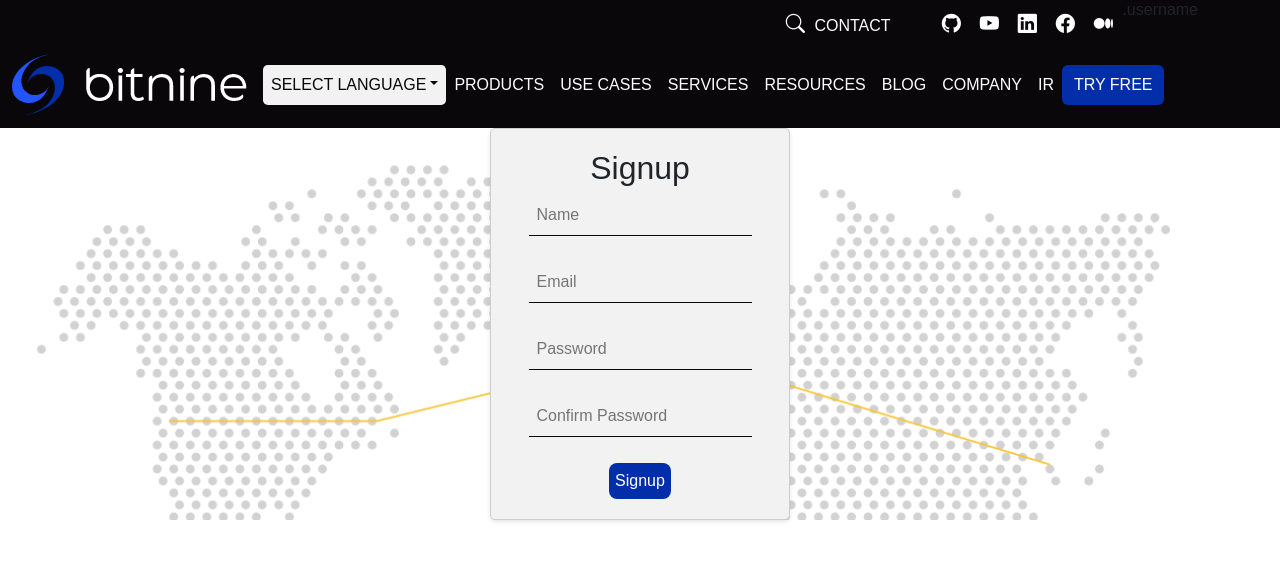
Repository: devblackie/signinpage
Page: /
An editor plug-in stored every save of this project. The page is shown before and after the next save, followed by the edit.
The browser window is 1280 px wide. The pictures show the whole page.
Some web fonts or font styles are not loaded; a fallback is used. The project was rebuilt for these pictures with package versions that can differ from the ones it lists, and the page was loaded fresh each time. Also part of the build but not shown: vite.config.js, src/components/Login.jsx, src/components/Dashboard.jsx, src/components/Home.jsx, src/components/ProtectedDashboard.jsx.

Above is the page before, as saved 2023-08-28 17:49:36.

### index.html
<!doctype html>
<html lang="en">
  <head>
    <meta charset="UTF-8" />
    <link rel="preconnect" href="https://fonts.googleapis.com">
<link rel="preconnect" href="https://fonts.gstatic.com" crossorigin>
<link href="https://fonts.googleapis.com/css2?family=Monda:wght@400;700&display=swap" rel="stylesheet">
    <link rel="stylesheet" href="https://cdn.jsdelivr.net/npm/bootstrap-icons@1.10.5/font/bootstrap-icons.css">
    <link href="https://cdn.jsdelivr.net/npm/bootstrap@5.3.1/dist/css/bootstrap.min.css" rel="stylesheet" integrity="sha384-4bw+/aepP/YC94hEpVNVgiZdgIC5+VKNBQNGCHeKRQN+PtmoHDEXuppvnDJzQIu9" crossorigin="anonymous">
    <meta name="viewport" content="width=device-width, initial-scale=1.0" />
    <title>Bitnine Login</title>
  </head>
  <body>
    <div id="root"></div>
    <script type="module" src="/src/main.jsx"></script>
    <script src="https://cdn.jsdelivr.net/npm/bootstrap@5.3.1/dist/js/bootstrap.bundle.min.js" integrity="sha384-HwwvtgBNo3bZJJLYd8oVXjrBZt8cqVSpeBNS5n7C8IVInixGAoxmnlMuBnhbgrkm" crossorigin="anonymous"></script>
  </body>
</html>

### src/main.jsx
import React from "react";
import ReactDOM from "react-dom";
import App from "./App";
import { UserProvider } from "./components/UserContext";

ReactDOM.render(
  <UserProvider>
    <App />
  </UserProvider>,
  document.getElementById("root")
);

### src/App.jsx
import React, { useState } from "react";
import { BrowserRouter as Router, Route, Routes } from "react-router-dom";
import Signup from "./components/Signup";
import Login from "./components/Login";
import Dashboard from "./components/Dashboard";
import Home from "./components/Home";
import ProtectedDashboard from "./components/ProtectedDashboard";
import "./App.css";

const App = () => {
  const [isAuthenticated, setIsAuthenticated] = useState(false);

  const handleLogin = () => {
    setIsAuthenticated(true);
  };

  return (
    <Router>
      <Routes>
        <Route
          path="/"
          element={
            <div>
              <Signup handleLogin={handleLogin} />
              {/* <Login handleLogin={handleLogin} /> */}
            </div>
          }
        />
        <Route
          path="/dashboard"
          // element={<ProtectedDashboard isAuthenticated={isAuthenticated} />}
          element={<Dashboard />}
        />
        <Route
          path="/home"
          // element={<ProtectedDashboard isAuthenticated={isAuthenticated} />}
          element={<Home />}
        />
      </Routes>
    </Router>
  );
};

export default App;

### src/components/UserContext.jsx
import React, { createContext, useContext, useState } from "react";

const UserContext = createContext();

export function UserProvider({ children }) {
  const [userName, setUserName] = useState("");

  return (
    <UserContext.Provider value={{ userName, setUserName }}>
      {children}
    </UserContext.Provider>
  );
}

export function useUser() {
  return useContext(UserContext);
}

### src/components/Signup.jsx
import React, { useState } from "react";
import "./signup.css";
import { useUser } from "./UserContext";
import { useNavigate } from "react-router-dom";
import Header from "./Header";

const Signup = ({ handleLogin }) => {
  // States for registration
  const [email, setEmail] = useState("");
  const [name, setName] = useState("");
  const [password, setPassword] = useState("");
  const [cpassword, setCPassword] = useState("");
  const [formErrors, setFormErrors] = useState({});
  const navigate = useNavigate();
  const { setUserName } = useUser(); // Ret

  // State for tracking submission status
  const [submissionStatus, setSubmissionStatus] = useState("none"); // Possible values: "none", "success", "error"

  // Handling input changes
  const handleInputChange = (e) => {
    const { name, value } = e.target;
    if (name === "name") setName(value);
    if (name === "email") setEmail(value);
    if (name === "password") setPassword(value);
    if (name === "cpassword") setCPassword(value);
    setSubmissionStatus("none");
  };

  const handleSignform = (e) => {
    e.preventDefault();
    const errors = validateForm();
    if (Object.keys(errors).length === 0) {
      setSubmissionStatus("success");
      setUserName(name); // Set the userName in the context
    } else {
      setFormErrors(errors);
      setSubmissionStatus("error");
    }
  };

  // Form validations
  const validateForm = () => {
    const errors = {};
    const regex = /^[^\s+@]+@[^\s@]+\.[^\s@]{2,}$/i;

    if (!name) errors.name = "Name is required";
    if (!email) errors.email = "Email is required";
    else if (!regex.test(email))
      errors.email = "This is not a valid email format!";

    if (!password) errors.password = "Password is required";
    else if (password.length < 4)
      errors.password = "Password must be more than 4 characters";
    else if (password.length > 10)
      errors.password = "Password cannot exceed more than 10 characters";

    if (!cpassword) errors.cpassword = "Confirm Password is required";
    else if (cpassword !== password)
      errors.cpassword = "Confirm password and password should be the same";
    return errors;
  };

  return (
    <>
      <Header userName={name} />
      <div className="form-container">
        {submissionStatus === "success" ? (
          <div className="success">
            <h1>User {name} successfully registered!!</h1>
            <a onClick={() => navigate("/home")}>
              Click to continue to the main site
            </a>
          </div>
        ) : (
          <form onSubmit={handleSignform}>
            <h2>Signup</h2>
            <input
              type="text"
              name="name"
              placeholder="Name"
              value={name}
              onChange={handleInputChange}
            />
            <p className="error">{formErrors.name}</p>
            <input
              type="email"
              name="email"
              placeholder="Email"
              value={email}
              onChange={handleInputChange}
            />
            <p className="error">{formErrors.email}</p>
            <input
              type="password"
              name="password"
              placeholder="Password"
              value={password}
              onChange={handleInputChange}
            />
            <p className="error">{formErrors.password}</p>
            <input
              type="password"
              placeholder="Confirm Password"
              value={cpassword}
              name="cpassword"
              onChange={handleInputChange}
            />
            <p className="error">{formErrors.cpassword}</p>
            <button className-="bton" type="submit">
              Signup
            </button>
          </form>
        )}
      </div>
    </>
  );
};

export default Signup;

### src/App.css
#root {
  max-width: 1280px;
  margin: 0 auto;
  padding: 2rem;
  text-align: center;
}
.btn1{background-color:#022ea9;
  color:#fff;
  outline:none;
  border:none;}
  .btn1:hover{
    color:orange;
    background-color:#022ea9;
  }


@media (prefers-reduced-motion: no-preference) {
  a:nth-of-type(2) .logo {
    animation: logo-spin infinite 20s linear;
  }
}

.card {
  padding: 2em;
}

.read-the-docs {
  color: #888;
}

### src/components/signup.css
form .error {
  color: red;
  font-size: 12px;
}
.form-container {
  background-image: url("../assets/map2.png");
  background-size: cover;
  background-repeat: no-repeat;
  font-family: "Monda", sans-serif;
  margin-top: 6em;
}
form {
  background-color: #f2f2f2;
  max-width: 300px;
  margin: 0 auto;
  padding: 20px;
  border: 1px solid #ccc;
  border-radius: 5px;
  box-shadow: 0 2px 4px rgba(0, 0, 0, 0.1);
}
form input {
  margin-bottom: 10px;
  padding: 8px;
  border: none;
  border-bottom: 1px solid #09070a;
  /* border-radius: 3px; */
  background-color: transparent;
}
input:focus,
input:focus-visible {
  outline: none;
  background-color: inherit;
}
form button {
  background-color: #022ea9;
  color: #fff;
  outline: none;
  border: none;
  border-radius: 8px;
  padding: 6px;
}
button:hover {
  color: orange;
  background-color: #022ea9;
}

### src/components/Header.jsx
import React from "react";
import "./style/navbar.css";
import {useUser} from "./UserContext"   //Path to UserContext file
import Logo from "../assets/bitnine-logo_.png";

export default function Header() {
  const {userName}= useUser()        //Retrieve userName from the context
  return (
    <>
      <div className="fixed-top header">
        <header class="topbar">
          <div class="container">
            <div class="row">
              {/* <!-- social icon--> */}
              <div class="col-sm-12">
                <ul class="social-network">
                  <div className="hovver">
                    <li>
                      <a class="waves-effect waves-dark" id="hovver" href="#">
                        <i class="bi bi-search"></i>
                      </a>
                    </li>
                    <li>
                      <a
                        class="waves-effect waves-dark tact"
                        id="hovver"
                        href="#"
                      >
                        contact
                      </a>
                    </li>
                  </div>
                  <div className="soc">
                    <li id="git">
                      <a class="waves-effect waves-dark" href="#">
                        <i class="bi bi-github"></i>
                      </a>
                    </li>
                    <li id="youtube">
                      <a class="waves-effect waves-dark" href="#">
                        <i class="bi bi-youtube"></i>
                      </a>
                    </li>
                    <li id="in">
                      <a class="waves-effect waves-dark" href="#">
                        <i class="bi bi-linkedin"></i>
                      </a>
                    </li>
                    <li id="fb">
                      <a class="waves-effect waves-dark" href="#">
                        <i class="bi bi-facebook"></i>
                      </a>
                    </li>
                    <li id="medium">
                      <a class="waves-effect waves-dark" href="#">
                        <i class="bi bi-medium"></i>
                      </a>
                    </li>
                  </div>
                  .username
                </ul>
                <p className="text warning">{userName}</p>
              </div>
            </div>
          </div>
        </header>
        <nav className="navbar navbar-expand-lg">
          <div className="container-fluid">
            <a className="navbar-brand" href="#">
              <img src={`${Logo}`} alt="logo" />
            </a>

            <div
              className="collapse navbar-collapse"
              id="navbarSupportedContent"
            >
              <ul className="navbar-nav me-auto mb-2 mb-lg-0">
                <li className="nav-item dropdown">
                  <a
                    className="nav-link dropdown-toggle color-tertiary"
                    href="#"
                    role="button"
                    data-bs-toggle="dropdown"
                    aria-expanded="false"
                  >
                    Select Language
                  </a>
                  <ul className="dropdown-menu">
                    <li>
                      <a className="dropdown-item" href="#">
                        English
                      </a>
                    </li>
                    <li>
                      <a className="dropdown-item" href="#">
                        한국
                      </a>
                    </li>
                  </ul>
                </li>
                <li className="nav-item">
                  <a className="nav-link" href="#">
                    products
                  </a>
                </li>
                <li className="nav-item">
                  <a className="nav-link" href="#">
                    use cases
                  </a>
                </li>
                <li className="nav-item">
                  <a className="nav-link" href="#">
                    services
                  </a>
                </li>
                <li className="nav-item">
                  <a className="nav-link" href="#">
                    resources
                  </a>
                </li>
                <li className="nav-item">
                  <a className="nav-link" href="#">
                    blog
                  </a>
                </li>
                <li className="nav-item">
                  <a className="nav-link" href="#">
                    company
                  </a>
                </li>
                <li className="nav-item">
                  <a className="nav-link" href="#">
                    ir
                  </a>
                </li>

                <button class="btn btn-outline-primary" type="submit">
                  TRY FREE
                </button>
              </ul>
            </div>
          </div>
        </nav>
      </div>
    </>
  );
}

### src/components/style/navbar.css
.header {
  background-color: #09070a;
  font-family: "Monda", sans-serif;
}
.nav-item .nav-link {
  color: #fff;
  text-transform: uppercase;
}
.nav-item .nav-link:active,
.nav-item .nav-link:hover {
  color: orange;
}
.dropdown {
  background-color: #f2f2f2;
  border-radius: 0.3rem;
  .nav-link {
    color: #080707;
  }
  .nav-link:hover {
    color: #080707;
  }
}


.topbar .container .row {
  margin-top: -7px;
}

ul.social-network {
  border: none;
  display: flex;
  /* justify-content:flex-end; */
  list-style: none;
  margin: 5px 0 0 -25px;
  float: right;
}
ul.social-network .hovver {
  margin-right: 3rem;
}
ul.social-network .soc {
  margin-left: 2rem;
  margin-right: 0;
}
ul.social-network .soc #git,
#youtube,
#in,
#fb,
#medium {
  position: relative;
}
ul.social-network .soc #git::before {
  content: "";
  position: absolute;
  top: -100%;
  left: 0;
  width: 100%;
  height: 100%;
  background-color: #666666;
  transition: top 0.3s ease; /* Transition effect for sliding */
  z-index: -1;
}
ul.social-network .soc #git:hover::before,
ul.social-network .soc #youtube:hover::before,
ul.social-network .soc #in:hover::before,
ul.social-network .soc #fb:hover::before,
ul.social-network .soc #medium:hover::before {
  top: 0; /* Slide the background from the top */
}

ul.social-network .soc #youtube::before {
  content: "";
  position: absolute;
  top: -100%;
  left: 0;
  width: 100%;
  height: 100%;
  background-color: red;
  transition: top 0.3s ease; /* Transition effect for sliding */
  z-index: -1;
}
ul.social-network .soc #in::before {
  content: "";
  position: absolute;
  top: -100%;
  left: 0;
  width: 100%;
  height: 100%;
  background-color: #0a66c2;
  transition: top 0.3s ease; /* Transition effect for sliding */
  z-index: -1;
}
ul.social-network .soc #fb::before {
  content: "";
  position: absolute;
  top: -100%;
  left: 0;
  width: 100%;
  height: 100%;
  background-color: #395498;
  transition: top 0.3s ease; /* Transition effect for sliding */
  z-index: -1;
}
ul.social-network .soc #medium::before {
  content: "";
  position: absolute;
  top: -100%;
  left: 0;
  width: 100%;
  height: 100%;
  background-color: #30b570;
  transition: top 0.3s ease; /* Transition effect for sliding */
  z-index: -1;
}

ul.social-network .soc li {
  border: none;
  margin: 0;
}
ul.social-network li a {
  text-decoration: none;
  text-transform: uppercase;
}
ul.social-network li a#hovver:hover {
  color: #666666;
  font-weight: 700;
  font-family: "Monda", sans-serif;
}

ul.social-network li i {
  font-size: 1.2rem;
  margin: 0;
}

ul.social-network li {
  padding: 13px 0 0;
  width: 38px;
  display: inline-block;
  text-align: center;
  height: 40px;
  vertical-align: baseline;
}

.btn {
  background-color: #022ea9;
  color: #fff;
  outline: none;
  border: none;
}
.btn:hover {
  color: orange;
  background-color: #022ea9;
}
.waves-effect {
  color: #fff;
}

After the next save:
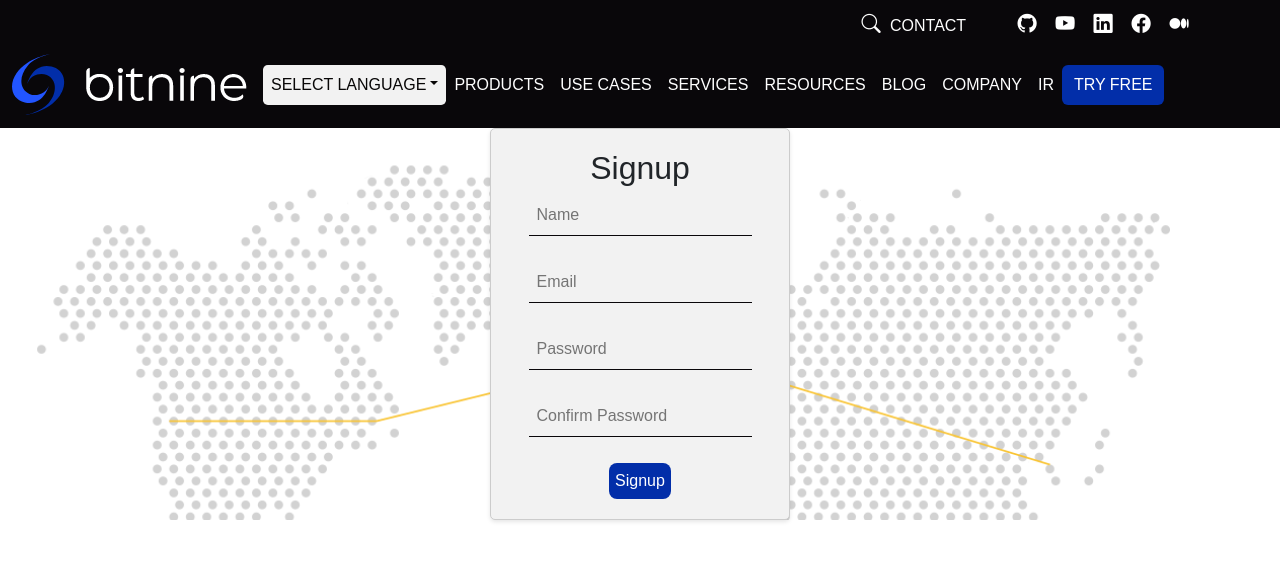
Saved 19 s later.
--- a/src/components/Header.jsx
+++ b/src/components/Header.jsx
@@ -57,7 +57,7 @@
                       </a>
                     </li>
                   </div>
-                  .username
+                  <div className="username"></div>
                 </ul>
                 <p className="text warning">{userName}</p>
               </div>
